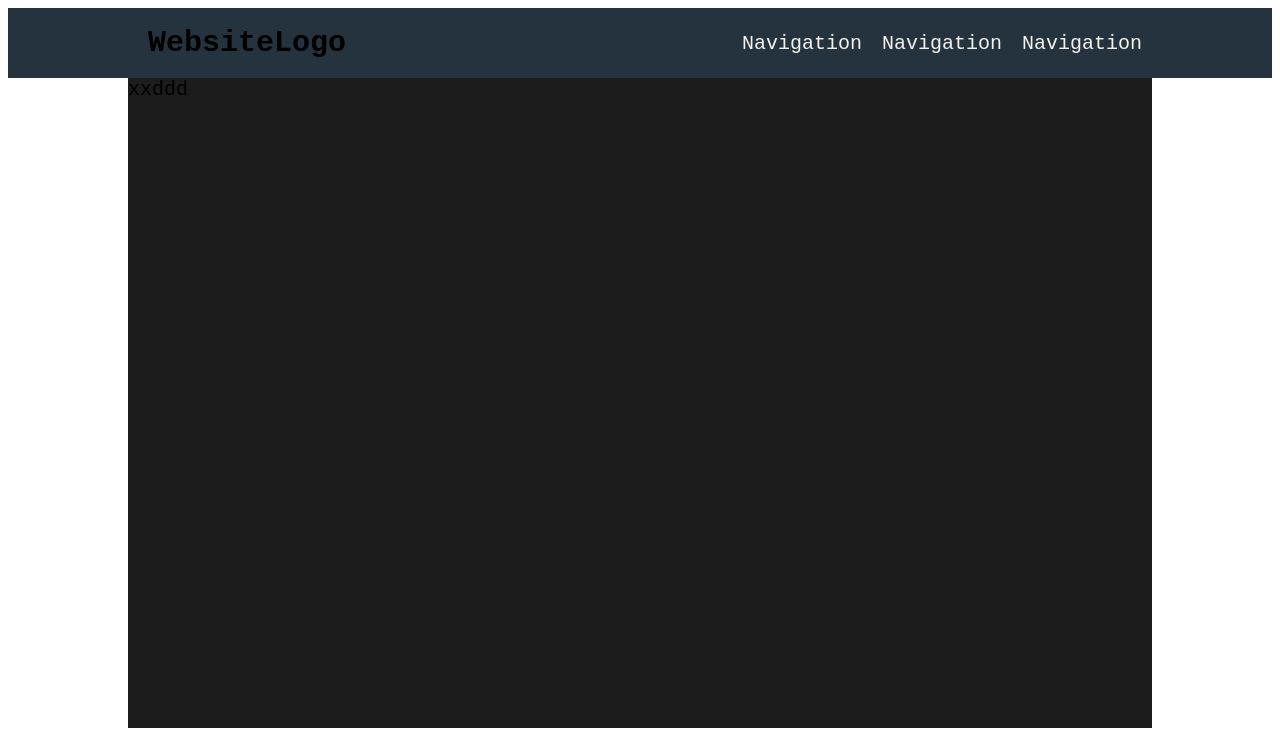
Repository: piotrokrutniak/Projekt-Studia
Page: index.html
The author's editor kept a copy of each file at every save. The page is drawn from the files as they stood at one save, then again after the next save.
The browser window is 1280 px wide. The pictures show the whole page.

Above is the page before, as saved 2023-03-04 03:39:45.

### index.html
<!DOCTYPE html>
<head>
    <meta charset="UTF-8" />
    <meta http-equiv="X-UA-Compatible" content="IE=edge" />
    <meta name="viewport" content="width=device-width, initial-scale=1.0" />
    <link rel="stylesheet" type="text/css" href="styles.css" />
    <link rel="stylesheet" type="text/css" href="/Styles/navbar.css"/>
    <title>Website Title</title>
</head>
<body>
    <div class="navbar-container">
        <div class="navbar">
            <div class="logo">
                <div class="logo-contents">
                    WebsiteLogo
                </div>
            </div>
            <div class="navigation">
                <a href="/index" class="navigation-link">
                    <div class="navigation-button">
                        Navigation
                    </div>
                </a>
                <a href="/index" class="navigation-link">
                    <div class="navigation-button">
                        Navigation
                    </div>
                </a>
                <a href="/index" class="navigation-link">
                    <div class="navigation-button">
                        Navigation
                    </div>
                </a>
            </div>
        </div>
    </div>

    <div class="main-section">xxddd</div>
</body>

### styles.css
body{
    font-family: monospace;
}

.navbar-container{
    width: 100%;
    height: 70px;
    background: rgb(36, 51, 61);
    position: sticky;
    top: 0;

}

.navbar{
    position: relative;
    max-width: 1024px;
    min-width: 328px;
    height: 50px;
    top: 0px;
    margin: auto;
    display: flex;
    flex-direction:row;
    justify-content: space-between;
    top: 50%;
    -ms-transform: translateY(-50%);
    transform: translateY(-50%);
    font-size: 20px;
}

a{
    text-decoration: none;
    color:rgba(245, 242, 238);
}

.navigation{
    display: grid;
    grid-template-columns: 110px 110px 110px;
    grid-gap: 30px;
    padding-right: 20px;
}

.navigation-link{
    position: relative;

}

.navigation-link:hover{

    border-bottom: 2px solid;
    border-color: aqua;

}

.navigation-button{
    text-align: center;
    position: relative;
    top: 50%;
    -ms-transform: translateY(-50%);
    transform: translateY(-50%);
}

.logo{
    position: relative;
    height: 49px;
    padding-left: 20px;
    padding-right: 20px;
    font-weight: 900;
    font-size: 30px;
}

.logo-contents{
    text-align: center;
    position: relative;
    top: 50%;
    -ms-transform: translateY(-50%);
    transform: translateY(-50%);
}

.main-section{
    position: relative;
    max-width: 1024px;
    min-width: 328px;
    min-height: calc(100vh - 70px);
    margin: auto;
    font-size: 20px;
    background: rgb(29, 28, 28);
}

### Styles/navbar.css
.navbar-container{
    width: 100%;
    height: 70px;
    background: rgb(36, 51, 61);
    position: sticky;
    top: 0;

}

.navbar{
    position: relative;
    max-width: 1024px;
    min-width: 328px;
    height: 50px;
    top: 0px;
    margin: auto;
    display: flex;
    flex-direction:row;
    justify-content: space-between;
    top: 50%;
    -ms-transform: translateY(-50%);
    transform: translateY(-50%);
    font-size: 20px;
}

a{
    text-decoration: none;
    color:rgba(245, 242, 238);
}

.navigation{
    display: grid;
    grid-template-columns: 110px 110px 110px;
    grid-gap: 30px;
    padding-right: 20px;
}

.navigation-link{
    position: relative;

}

.navigation-link:hover{

    border-bottom: 2px solid;
    border-color: aqua;

}

.navigation-button{
    text-align: center;
    position: relative;
    top: 50%;
    -ms-transform: translateY(-50%);
    transform: translateY(-50%);
}

.logo{
    position: relative;
    height: 49px;
    padding-left: 20px;
    padding-right: 20px;
    font-weight: 900;
    font-size: 30px;
}

.logo-contents{
    text-align: center;
    position: relative;
    top: 50%;
    -ms-transform: translateY(-50%);
    transform: translateY(-50%);
}

After the next save:
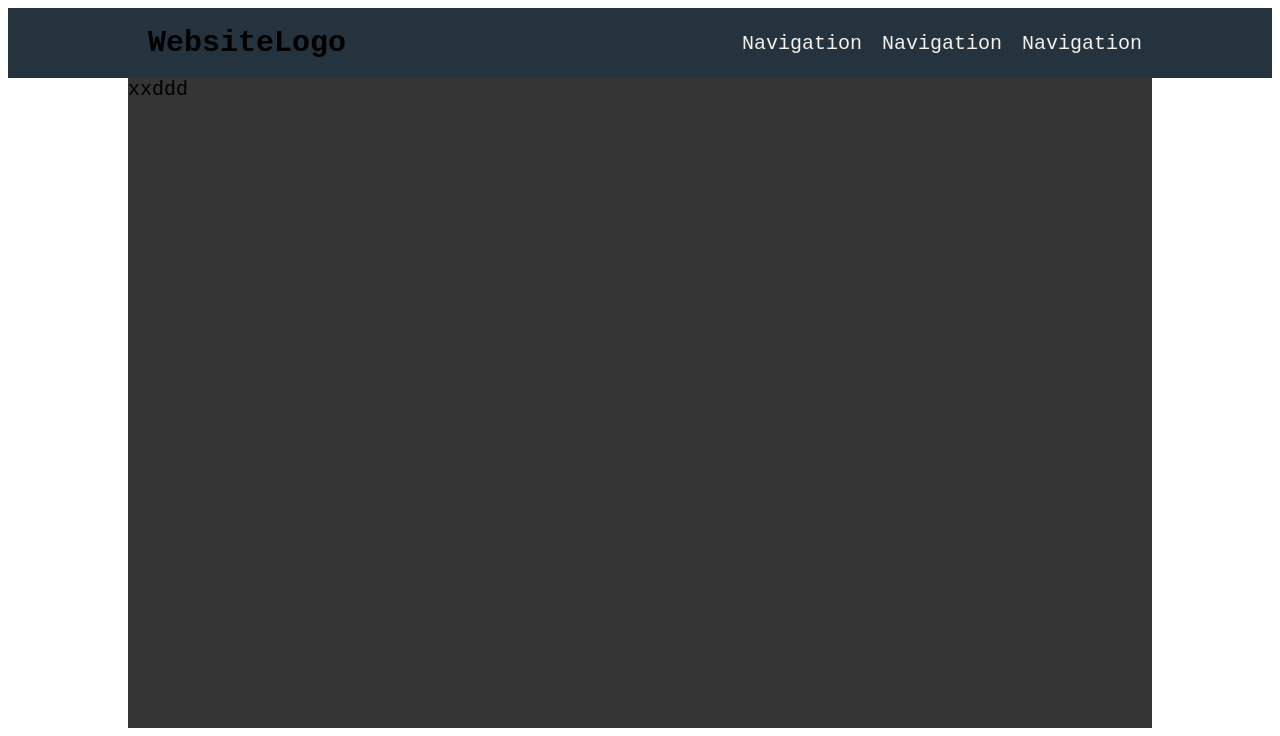
Saved 9 s later.
--- a/styles.css
+++ b/styles.css
@@ -83,5 +83,5 @@ a{
     min-height: calc(100vh - 70px);
     margin: auto;
     font-size: 20px;
-    background: rgb(29, 28, 28);
+    background: rgb(53, 53, 53);
 }
